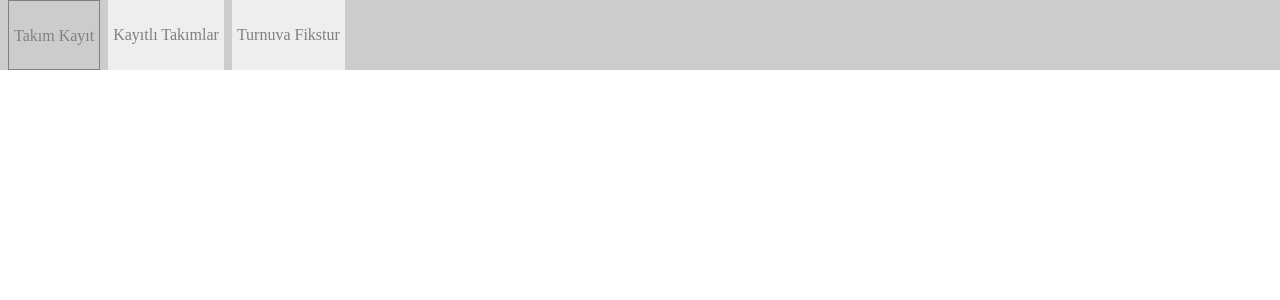
Repository: oktembaris77/internet_final
Page: http://localhost/internetfinal/
These files come from the project's save history. The page is drawn as it stood at one moment and after the next save; the edit follows.
The browser window is 1280 px wide. The pictures show the whole page.
The pointer rests on the first visible `#sayfabtn`.
The page is served by Tomcat 9. Other server files are loaded and not shown.

Above is the page before, as saved 2020-05-11 19:32:29.

### internetfinal/WebContent/index.jsp
<%@ page language="java" contentType="text/html; charset=UTF-8"
    pageEncoding="UTF-8"%>
<!DOCTYPE html>
<html>
<head>
<meta charset="ISO-8859-1">
<title>Takım Kayıt</title>
<meta charset="utf-8"/>
<style>
*{
	margin:0;padding:0;
}

#ustmenu{
width:100%;
height:70px;
background-color:#ccc;
}
a{
text-decoration:none;
color:gray;
}

#sayfabtn{
height:70px;
min-width:90px;
background-color:#eee;
color:white;
text-align:center;
margin-left:8px;
text-decoration:none;
padding:0px 5px 0px 5px;
box-sizing:border-box;
line-height:70px;
float:left;
}

#sayfabtn:hover{
transition:0.2s;
background-color:#ccc;
color:gray;
border:1px solid;
}

</style>
</head>
<body>
	<div id="ustmenu">
		<div id="sayfabtn">
			<a href = "google.com">Takım Kayıt</a>
		</div>
		<div id="sayfabtn">
			<a href = "google.com">Kayıtlı Takımlar</a>
		</div>
		<div id="sayfabtn">
			<a href = "google.com">Turnuva Fikstur</a>
		</div>


	</div>
</body>
</html>

After the next save:
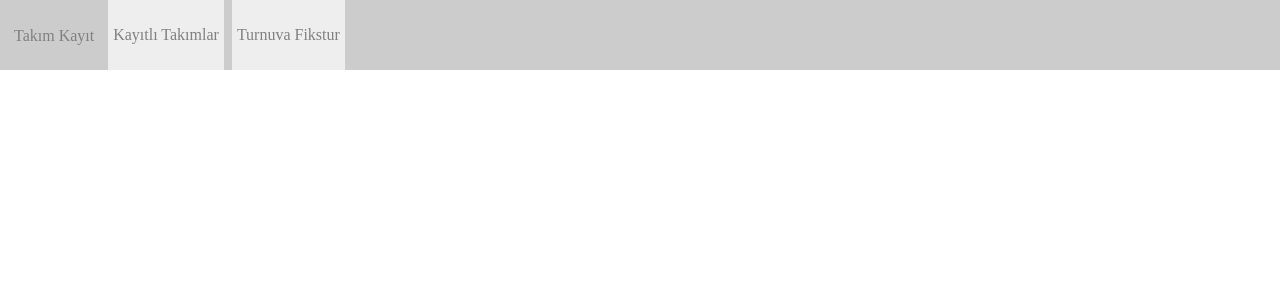
Saved 14 s later.
--- a/internetfinal/WebContent/index.jsp
+++ b/internetfinal/WebContent/index.jsp
@@ -39,7 +39,7 @@
 transition:0.2s;
 background-color:#ccc;
 color:gray;
-border:1px solid;
+border:1px solid #ccc;
 }
 
 </style>
